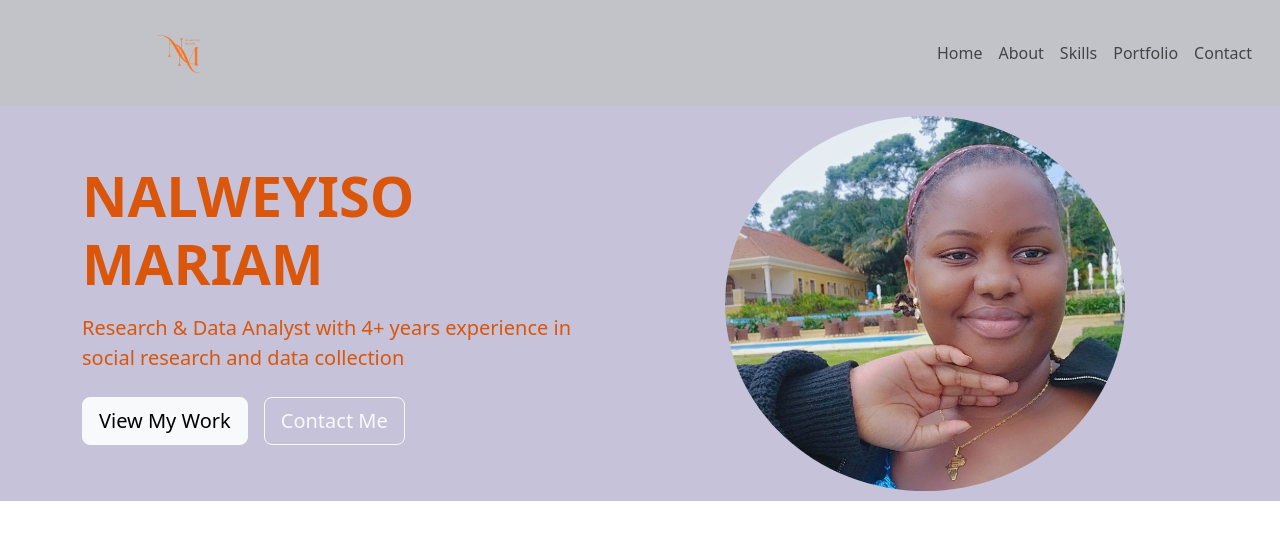
Repository: NalweMari/My-Personal-Portfolio
Page: index.html
An editor plug-in stored every save of this project. The page is shown before and after a run of saves, followed by the edit.
The browser window is 1280 px wide. The pictures show the whole page.

Above is the page before, as saved 2025-11-28 11:19:50.
Console error (its wording comes from the project's code and is left out).

After the next 7 saves:
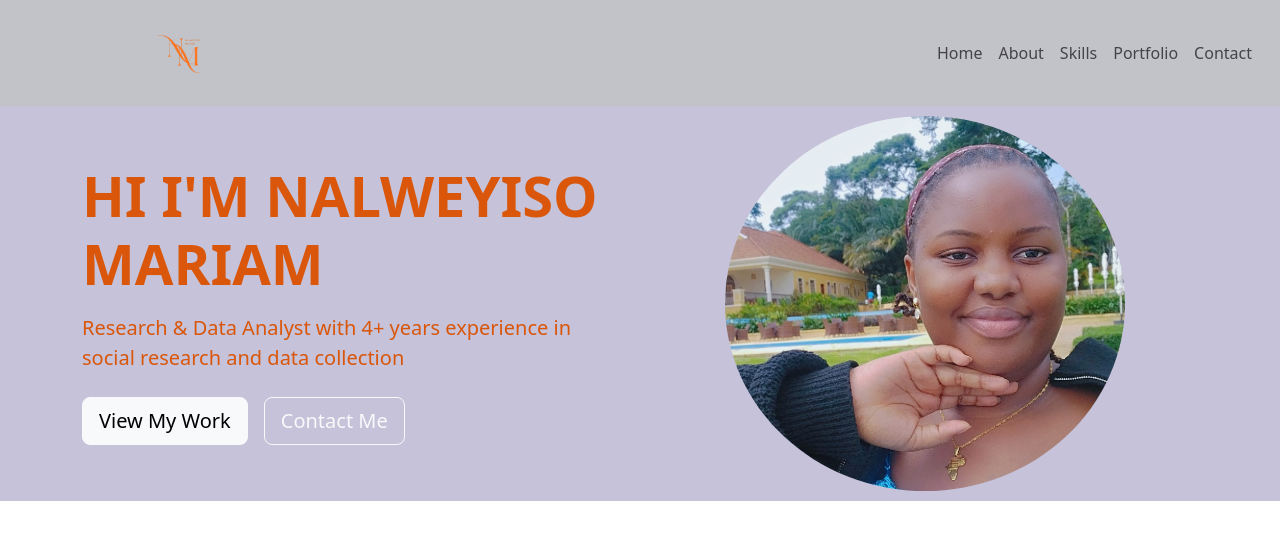
The 7 saves are shown as one change because they came seconds apart.
The last was saved 10 min 18 s later.
--- a/index.html
+++ b/index.html
@@ -39,7 +39,7 @@
         <div class="container">
             <div class="row align-items-center">
                 <div class="col-lg-6">
-                    <h1 class="display-4 fw-bold mb-3">NALWEYISO MARIAM</h1>
+                    <h1 class="display-4 fw-bold mb-3">HI I'M NALWEYISO MARIAM</h1>
                     <p class="lead mb-4">Research & Data Analyst with 4+ years experience in social research and data collection</p>
                     <div class="d-flex flex-wrap gap-3">
                         <a href="#portfolio" class="btn btn-light btn-lg">View My Work</a>
